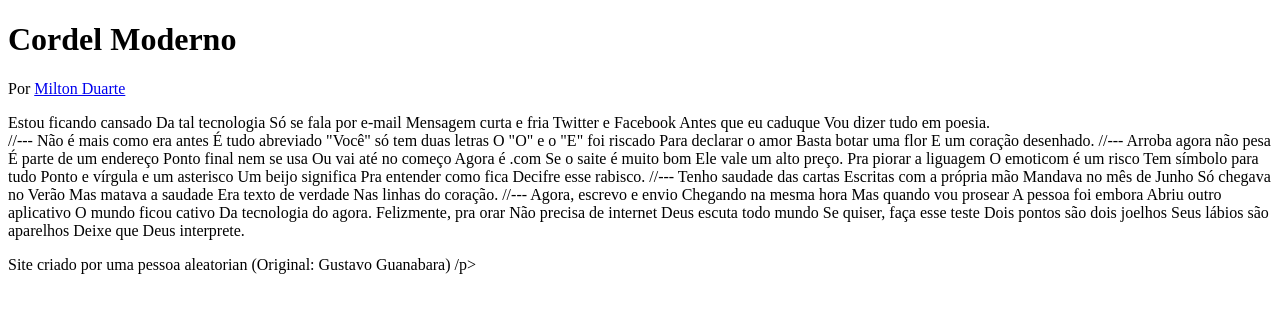
Repository: Codigo404q/html-css
Page: AHAHAHAHAHAHAHHHHHHHHHAHAHAHAHAHAHHAHAH/d012/index.html
The author's editor kept a copy of each file at every save. The page is drawn from the files as they stood at one save, then again after the next save.
The browser window is 1280 px wide. The pictures show the whole page.

Above is the page before, as saved 2024-01-07 22:38:49.

After the next save:
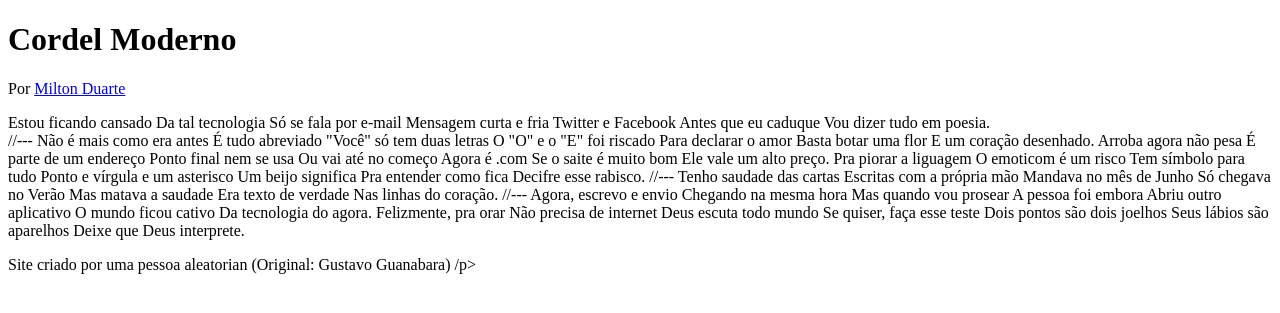
Saved 6 s later.
--- a/AHAHAHAHAHAHAHHHHHHHHHAHAHAHAHAHAHHAHAH/d012/index.html
+++ b/AHAHAHAHAHAHAHHHHHHHHHAHAHAHAHAHAHHAHAH/d012/index.html
@@ -32,7 +32,7 @@
     Basta botar uma flor
     E um coração desenhado.
 
-    //---
+
 
     Arroba agora não pesa
     É parte de um endereço
